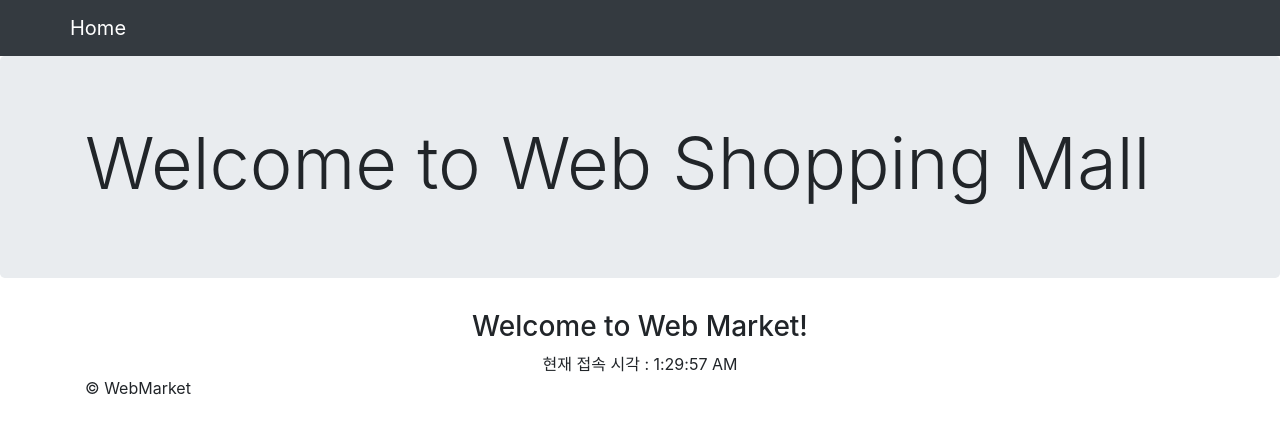
Repository: bobo1201/jspwork
Page: http://localhost/JSP0227/ch03/ex07.jsp
An editor plug-in stored every save of this project. The page is shown before and after the next save, followed by the edit.
The browser window is 1280 px wide. The pictures show the whole page.
The page is served by Tomcat 9.

Above is the page before, as saved 2023-02-27 07:31:56.

### JSP0227/src/main/webapp/ch03/ex07.jsp
<%@ page language="java" contentType="text/html; charset=UTF-8"
    pageEncoding="UTF-8"%>
<%@ page import="java.util.Date" %>
<!DOCTYPE html>
<html>
<head>
<meta charset="UTF-8">
<link rel = "stylesheet"
	href = "http://maxcdn.bootstrapcdn.com/bootstrap/4.0.0/css/bootstrap.min.css">
<title>Welcome</title>
</head>
<body>
	<nav class = "navbar navbar-expand navbar-dark bg-dark">
		<div class = "container">
			<div class = "navbar-header">
				<a class = "navbar-brand" href="./welcom.jsp">Home</a>
			</div>
		</div>
	</nav>

	<%! String greeting = "Welcome to Web Shopping Mall";
		String tagline = "Welcome to Web Market!";%>
	<div class = "jumbotron">
		<div class = "container">
			<h1 class = "display-3"><%= greeting %></h1>
		</div>
	</div>
	<main role = "main">
	<div class = "container">
		<div class = "text-center">
			<h3><%= tagline %></h3>
			<%
				Date day = new java.util.Date();
				String am_pm;
				int hour = day.getHours();
				int minute = day.getMinutes();
				int second = day.getSeconds();
				if(hour / 12 == 0){
					am_pm = "AM";
				} else{
					am_pm = "PM";
					hour = hour - 12;
				}
				String CT = hour + ":" + minute + ":" + second + " " + am_pm;
				out.println("현재 접속 시각 : " + CT + "\n");
			%>
		</div>
	</div>
	</main>

	<footer class = "container">
		<p>&copy; WebMarket</p>
	</footer>
</body>
</html>

After the next save:
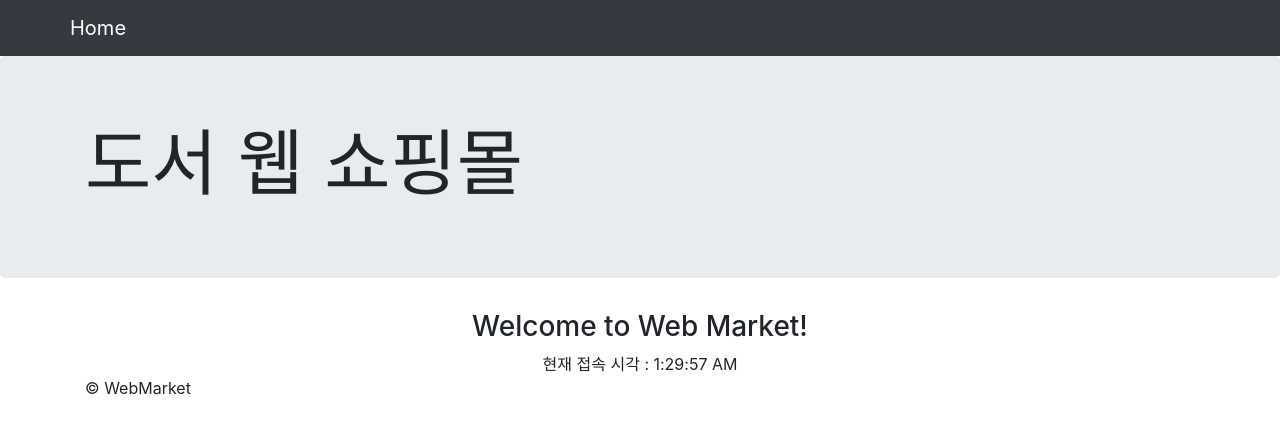
Saved 9 min 27 s later.
--- a/JSP0227/src/main/webapp/ch03/ex07.jsp
+++ b/JSP0227/src/main/webapp/ch03/ex07.jsp
@@ -18,7 +18,7 @@
 		</div>
 	</nav>
 
-	<%! String greeting = "Welcome to Web Shopping Mall";
+	<%! String greeting = "도서 웹 쇼핑몰";
 		String tagline = "Welcome to Web Market!";%>
 	<div class = "jumbotron">
 		<div class = "container">
